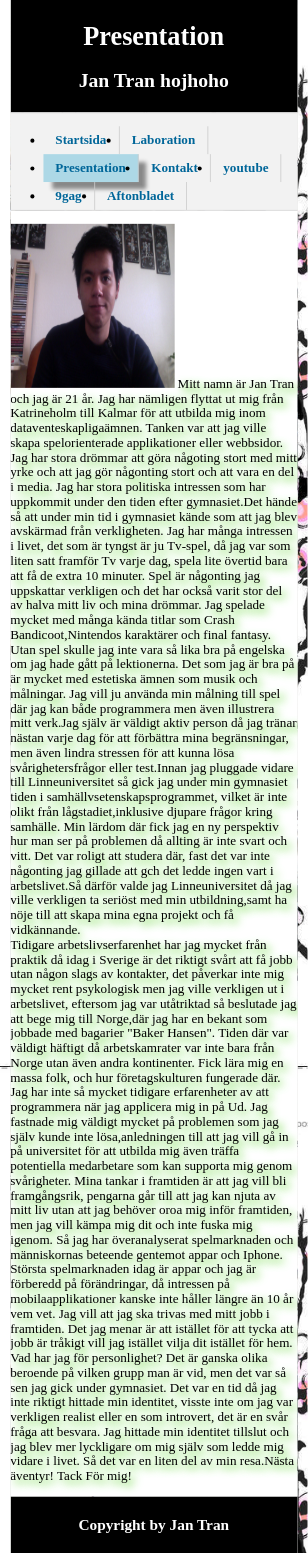
Repository: jt222ic/1ik415-jt222ic-lab-1
Page: pages/presentation.html
The author's editor kept a record of every edit. The page is drawn from the files as they stood at one moment, then again after the next edit.
The browser window is 375 px wide. The pictures show the whole page, at 82% of full size.

Above is the page before.

### pages/presentation.html
<!DOCTYPE html>
<html lang="sv">

<head>
    <meta charset="utf-8" />
    <title>någonting</title>
    <link rel="stylesheet" href="Csss/style.css" media="screen" />
<link rel="stylesheet" href="Csss/print.css" media="print"/>
<link rel="stylesheet" href="Csss/mobile.css"/>
<meta name="viewport" content="width=device-width, initial-scale=1.0, maximum-scale=1.0, user-scalable=0">

</head>

<body>
<div id="container">


    <div id="header">
        <h1>Presentation</h1>
        <h2> Jan Tran hojhoho</h2>
    </div>

    <div id="nav">
        <ul>
            <li><a id="Start-icon" href="../index.html"> Startsida</a>
            </li>
            <li><a id="Laboration-icon" href="laboration.html"> Laboration</a>
            </li>
            <li><a id="Presentation-icon"href="presentation.html" class="active"> Presentation</a>
            </li>
            <li><a id="Kontakt-icon" href="kontakt.html"> Kontakt</a>
            </li>

            <li><a href="https://www.youtube.com">youtube </a>
            </li>
            <li><a href="https://www.9gag.com">9gag</a>
            </li>
            <li><a href="https://www.Aftonbladet.se">Aftonbladet</a>
            </li>
        </ul>
    </div>
    <div id="content">
    <div id="section">
    <div id="background">             </div>
     <div id="img"><p><img class="left" src="jpeg/JanT.jpg" width="200" height="200" alt="bildavJan"/>
            Mitt namn är Jan Tran och jag är 21 år. Jag har nämligen flyttat ut mig från Katrineholm till Kalmar för att utbilda mig inom dataventeskapligaämnen. Tanken var att jag ville skapa spelorienterade applikationer eller webbsidor. Jag har stora drömmar att
            göra någoting stort med mitt yrke och att jag gör någonting stort och att vara en del i media. Jag har stora politiska intressen som har uppkommit under den tiden efter gymnasiet.Det hände så att under min tid i gymnasiet kände som att jag
            blev avskärmad från verkligheten. Jag har många intressen i livet, det som är tyngst är ju Tv-spel, då jag var som liten satt framför Tv varje dag, spela lite övertid bara att få de extra 10 minuter. Spel är någonting jag uppskattar verkligen
            och det har också varit stor del av halva mitt liv och mina drömmar. Jag spelade mycket med många kända titlar som Crash Bandicoot,Nintendos karaktärer och final fantasy. Utan spel skulle jag inte vara så lika bra på engelska om jag hade gått
            på lektionerna. Det som jag är bra på är mycket med estetiska ämnen som musik och målningar. Jag vill ju använda min målning till spel där jag kan både programmera men även illustrera mitt verk.Jag själv är väldigt aktiv person då jag tränar
            nästan varje dag för att förbättra mina begränsningar, men även lindra stressen för att kunna lösa svårighetersfrågor eller test.Innan jag pluggade vidare till Linneuniversitet så gick jag under min gymnasiet tiden i samhällvsetenskapsprogrammet,
            vilket är inte olikt från lågstadiet,inklusive djupare frågor kring samhälle. Min lärdom där fick jag en ny perspektiv hur man ser på problemen då allting är inte svart och vitt. Det var roligt att studera där, fast det var inte någonting
            jag gillade att gch det ledde ingen vart i arbetslivet.Så därför valde jag Linneuniversitet då jag ville verkligen ta seriöst med min utbildning,samt ha nöje till att skapa mina egna projekt och få vidkännande.
            <br>Tidigare arbetslivserfarenhet har jag mycket från praktik då idag i Sverige är det riktigt svårt att få jobb utan någon slags av kontakter, det påverkar inte mig mycket rent psykologisk men jag ville verkligen ut i arbetslivet, eftersom jag
            var utåtriktad så beslutade jag att bege mig till Norge,där jag har en bekant som jobbade med bagarier "Baker Hansen". Tiden där var väldigt häftigt då arbetskamrater var inte bara från Norge utan även andra kontinenter. Fick lära mig en massa
            folk, och hur företagskulturen fungerade där. Jag har inte så mycket tidigare erfarenheter av att programmera när jag applicera mig in på Ud. Jag fastnade mig väldigt mycket på problemen som jag själv kunde inte lösa,anledningen till att jag
            vill gå in på universitet för att utbilda mig även träffa potentiella medarbetare som kan supporta mig genom svårigheter. Mina tankar i framtiden är att jag vill bli framgångsrik, pengarna går till att jag kan njuta av mitt liv utan att jag
            behöver oroa mig inför framtiden, men jag vill kämpa mig dit och inte fuska mig igenom. Så jag har överanalyserat spelmarknaden och människornas beteende gentemot appar och Iphone. Största spelmarknaden idag är appar och jag är förberedd på
            förändringar, då intressen på mobilaapplikationer kanske inte håller längre än 10 år vem vet. Jag vill att jag ska trivas med mitt jobb i framtiden. Det jag menar är att istället för att tycka att jobb är tråkigt vill jag istället vilja dit
            istället för hem. Vad har jag för personlighet? Det är ganska olika beroende på vilken grupp man är vid, men det var så sen jag gick under gymnasiet. Det var en tid då jag inte riktigt hittade min identitet, visste inte om jag var verkligen
            realist eller en som introvert, det är en svår fråga att besvara. Jag hittade min identitet tillslut och jag blev mer lyckligare om mig själv som ledde mig vidare i livet.
            Så det var en liten del av min resa.Nästa äventyr! Tack För mig!



        </p>
</div>
    </div>







</div>
<div id="footer">
        <h3>Copyright by Jan Tran</h3>
    </div>
</div>

</div>


</body>

</html>

### pages/Csss/style.css
/* backgrundsbild */

body  {
    background-image: url('../jpeg/China.jpg');

    }
/* text för p typografi */
p{
    color:black;
text-shadow: 5px 5px 10px #41C800;
    font-style: italic, sans-serif;
    text-align:left;




}

/* formulär */
#cform input, #cform textarea, #cform select
{
width:300px;
margin-bottom:20px;
}
#cform textarea { height:100px; }
#cform .checkbox { width:auto; }

.img{
    float:left;
}




/* navigation */

#nav {
      width: 14%;
      float: left;
      margin:0;
      padding: 0;
      list-style: none;
      background-color: #f2f2f2;
      border-bottom: 1px solid #ccc;
      border-top: 1px solid #ccc; }
   #nav li {float:left;
       }
   #nav li a {
      display: block;
      padding: 8px 15px;
      text-decoration: none;
      font-weight: bold;
      color: #069;
      border-right: 1px solid #ccc;
      list-style:none;}
   #nav li a:hover {
       list-style:none;
      color: #c00;
      background-color: #fff; }

      /* nav focus class */





      /* class active */

.active{

        font-weight:bold;
        text-align:left;
        color:black;

         box-shadow: 10px 10px 5px #888888;
         background-color: lightblue;
        /* skuggning för märkning */

    }

    /* content */

    #content{


        background-color:white;

        float:left;
        width: 800px;
    }




    /* header */

    #header {
    background-color:black;
    color:white;
    text-align:center;
    padding:5px;
    }


    /*footer */


    #footer {

    background-color:black;
    color:white;
    clear:both;
    text-align:center;
   padding:5px;
}

#container {
    overflow: auto;
    background-image: url('../jpeg/bird.jpg');
    max-width: 950px;
    margin: 0 auto;

}

### pages/Csss/mobile.css
@media screen and (max-width: 480px) {

#container {width:350px;}

#content { max-width:100%;}

#nav { width:350px;}
video, img {max-width:100%;}

#footer {max-width:100%;}

#header {max-width:100%;}

#section {width:350px;}
body{ margin:0;

}


}

### pages/Csss/print.css
@media print {


.active{
  box-shadow: none;

}


.videobort{display:none;


}

#nav{ display:none;}

#kuk { display:none;}

/*försöker ta bort sidescrollen... */

html { overflow: hidden; }
}

After the next edit:
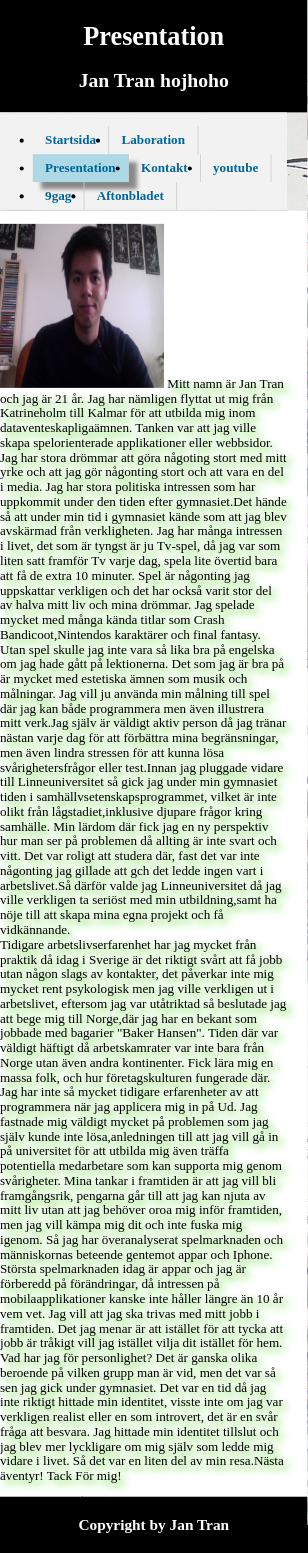
The edit:
--- a/pages/Csss/mobile.css
+++ b/pages/Csss/mobile.css
@@ -1,6 +1,6 @@
 @media screen and (max-width: 480px) {
 
-#container {width:350px;}
+#container {max-width:100%;}
 
 #content { max-width:100%;}
 
